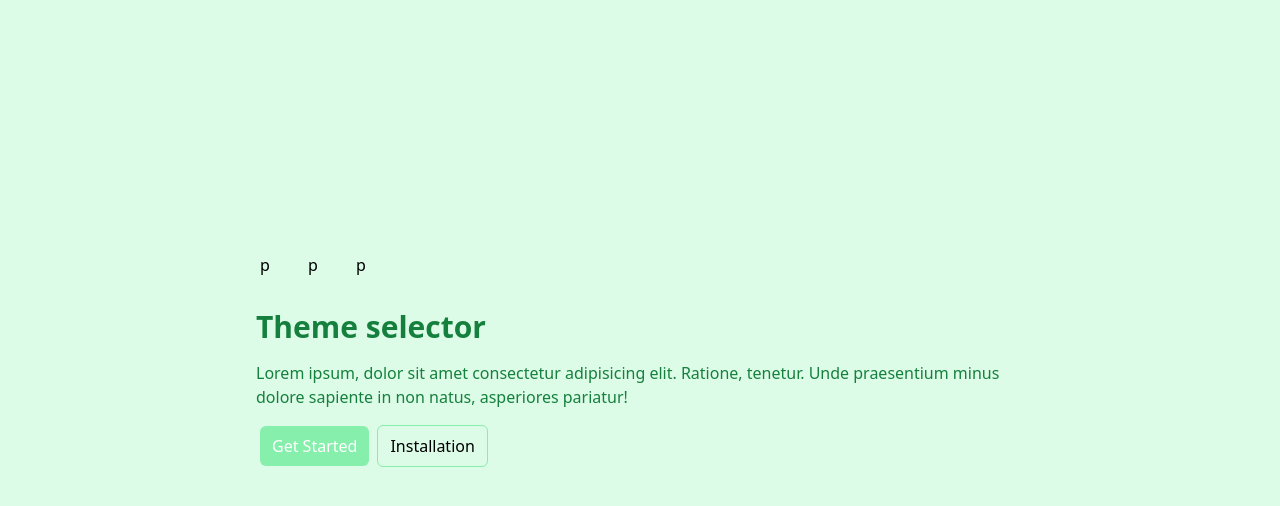
Repository: prince-bansal/tailwind-theme-switcher
Page: /
These files come from the project's save history. The page is drawn as it stood at one moment and after a run of saves; the edit follows.
The browser window is 1280 px wide. The pictures show the whole page.
The project was rebuilt for these pictures with package versions that can differ from the ones it lists, and the page was loaded fresh each time. Also part of the build but not shown: vite.config.ts, src/index.css.

Above is the page before, as saved 2024-03-17 19:56:04.

### src/App.tsx
import { useState } from "react";
import "./App.css";

const getClass = (color: string) => `bg-${color}-500`;

function App() {
  const [theme, setTheme] = useState("red");

  return (
    <div
      className={`theme-green bg-fill min-h-screen flex items-center justify-center`}
    >
      <div className="w-[60%] m-auto">
        <div className="flex">
          {["red", "blue", "green"].map((color) => (
            <div
              onClick={() => {
                console.log("color changes", color);
                setTheme(color);
              }}
              className={`cursor-pointer h-10 rounded-full w-10 ${getClass(
                color
              )} mx-1`}
            >
              p
            </div>
          ))}
        </div>
        <h1 className="text-3xl text-heading my-4 font-bold">Theme selector</h1>
        <p className="text-heading">
          Lorem ipsum, dolor sit amet consectetur adipisicing elit. Ratione,
          tenetur. Unde praesentium minus dolore sapiente in non natus,
          asperiores pariatur!
        </p>
        <button className="mt-4 bg-primary text-white p-2 px-3 mx-1 rounded-md">
          Get Started
        </button>
        <button className="mt-4 border-primary border p-2 px-3 mx-1 rounded-md">
          Installation
        </button>
      </div>{" "}
    </div>
  );
}

export default App;

### src/App.css
@tailwind base;
@tailwind components;
@tailwind utilities;

@layer base {
    :root {
        --heading-color: rgb(139 92 246);
        --bg-fill: rgb(219 234 254);
        --bg-button-accent: rgb(167 139 250);
        --border-color: rgb(167 139 250);
    }

    .theme-blue {
        --heading-color: rgb(30 58 138);
        --bg-fill: rgb(219 234 254);
        --bg-button-accent: rgb(139, 189, 250);
        --border-color: rgb(147 197 253);
    }

    .theme-red {
        --heading-color: rgb(220 38 38);
        --bg-fill: rgb(254 226 226);
        --bg-button-accent: rgb(252 165 165);
        --border-color: rgb(252 165 165);
    }

    .theme-green {
        --heading-color: rgb(21 128 61);
        --bg-fill: rgb(220 252 231);
        --bg-button-accent: rgb(134 239 172);
        --border-color: rgb(134 239 172);
    }
}

### tailwind.config.js
/** @type {import('tailwindcss').Config} */
export default {
  content: ["./index.html", "./src/**/*.{js,ts,jsx,tsx}"],
  theme: {
    extend: {
      colors: {
        heading: "var(--heading-color)",
      },
      backgroundColor: {
        "btn-accent": "var(--bg-button-accent)",
        fill: "var(--bg-fill)",
        primary: "var(--border-color)",
      },
      borderColor: {
        primary: "var(--border-color)",
      },
    },
  },
  plugins: [],
};

Loaded but not shown: index.html (common file); src/main.tsx (common file)

After the next 2 saves:
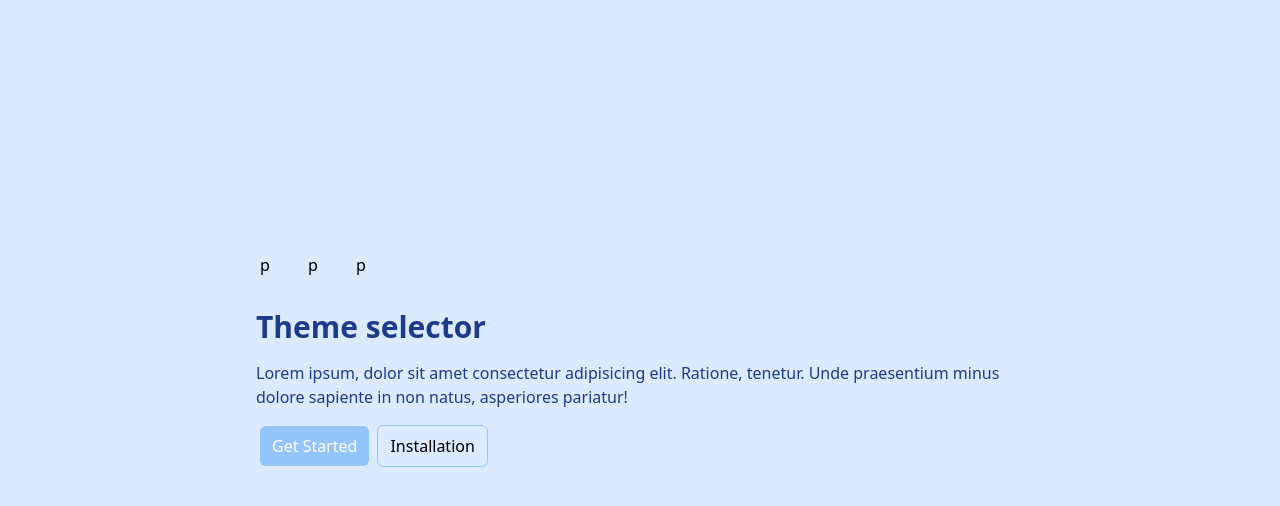
The 2 saves are shown as one change because they came seconds apart.
The last was saved 9 s later.
--- a/src/App.tsx
+++ b/src/App.tsx
@@ -8,7 +8,7 @@ function App() {
 
   return (
     <div
-      className={`theme-green bg-fill min-h-screen flex items-center justify-center`}
+      className={`theme-blue bg-fill min-h-screen flex items-center justify-center`}
     >
       <div className="w-[60%] m-auto">
         <div className="flex">
